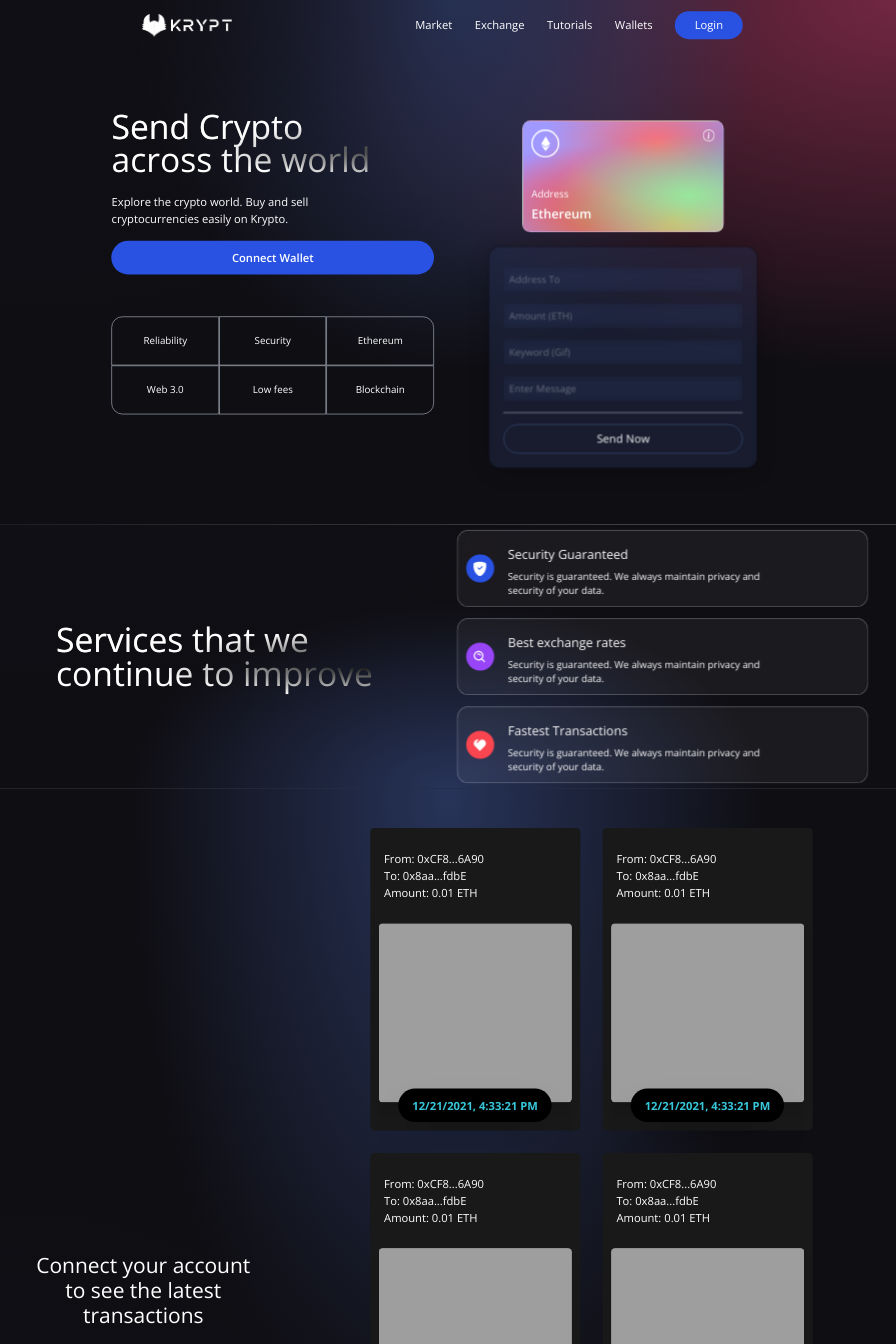
Repository: didierganthier/web3.0
Page: / (app in client/)
These files come from the project's save history. The page is drawn as it stood at one moment and after the next save; the edit follows.
The browser window is 1280 px wide. The pictures show the part of the page from y = 0 to 1920 px (the page is 2772 px tall before and 720 px after), at 70% of full size.
Pictures or frames that could not be fetched are drawn as grey boxes. The project was rebuilt for these pictures with package versions that can differ from the ones it lists, and the page was loaded fresh each time. Also part of the build but not shown: client/vite.config.js, client/src/components/Loader.jsx.

Above is the page before, as saved 2022-04-07 12:25:41.

After the next save:
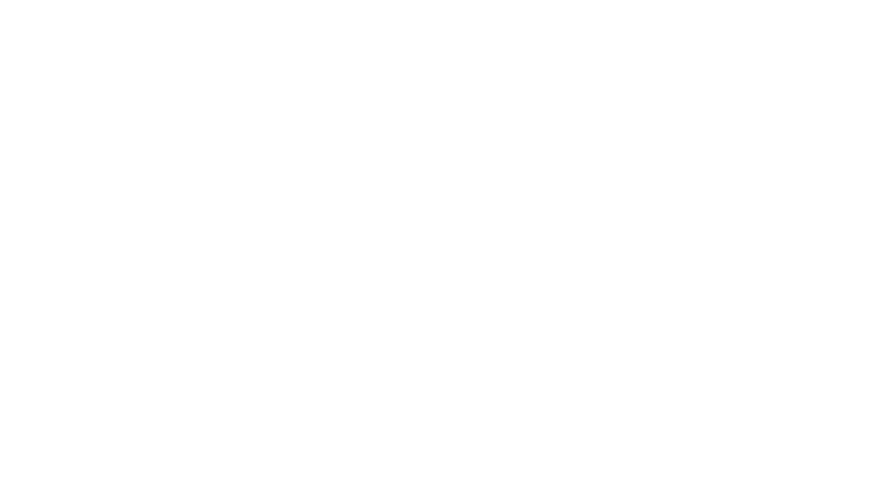
Console error: TypeError: transactions is not iterable
Saved 11 s later.
--- a/client/src/components/Transactions.jsx
+++ b/client/src/components/Transactions.jsx
@@ -1,70 +1,76 @@
-import React, { useContext } from 'react';
+import React, { useContext } from "react";
 
 import { TransactionContext } from "../context/TransactionContext";
-import useFetch from '../hooks/useFetch';
 
-import dummyData from '../utils/dummyData';
+import useFetch from "../hooks/useFetch";
+import dummyData from "../utils/dummyData";
+import { shortenAddress } from "../utils/shortenAddress";
 
-import { shortenAddress } from '../utils/shortenAddress';
-
-const TransactionCard = ({ addressTo, addressFrom, timestamp, message, keyword, amount, url }) => {
+const TransactionsCard = ({ addressTo, addressFrom, timestamp, message, keyword, amount, url }) => {
   const gifUrl = useFetch({ keyword });
 
   return (
     <div className="bg-[#181918] m-4 flex flex-1
-    2xl:min-w[450px]
-    2xl:max-w-[500px]
-    sm:min-w-[270px]
-    sm:max-w-[300px]
-    flex-col p-3 rounded-md hover:shadow-2xl">
-      <div className='flex flex-col items-center w-full mt-3'>
-        <div className='w-full mb-6 p-2'>
-          <a href={`https://ropsten.etherscan.io/address/${addressFrom}`} target='_blank' rel='noopener noreferrer'>
-            <p className='text-white text-base'>From: {shortenAddress(addressFrom)}</p>
+      2xl:min-w-[450px]
+      2xl:max-w-[500px]
+      sm:min-w-[270px]
+      sm:max-w-[300px]
+      min-w-full
+      flex-col p-3 rounded-md hover:shadow-2xl"
+    >
+      <div className="flex flex-col items-center w-full mt-3">
+        <div className="display-flex justify-start w-full mb-6 p-2">
+          <a href={`https://ropsten.etherscan.io/address/${addressFrom}`} target="_blank" rel="noreferrer">
+            <p className="text-white text-base">From: {shortenAddress(addressFrom)}</p>
           </a>
-          <a href={`https://ropsten.etherscan.io/address/${addressTo}`} target='_blank' rel='noopener noreferrer'>
-            <p className='text-white text-base'>To: {shortenAddress(addressTo)}</p>
+          <a href={`https://ropsten.etherscan.io/address/${addressTo}`} target="_blank" rel="noreferrer">
+            <p className="text-white text-base">To: {shortenAddress(addressTo)}</p>
           </a>
-          <p className='text-white text-base'>Amount: {amount} ETH</p>
+          <p className="text-white text-base">Amount: {amount} ETH</p>
           {message && (
             <>
               <br />
-              <p className='text-white text-base'>Message: {message}</p>
+              <p className="text-white text-base">Message: {message}</p>
             </>
           )}
         </div>
         <img
           src={gifUrl || url}
-          alt='gif'
-          className='w-full h-64 2xl:h-96 rounded-md shadow-lg object-cover'
+          alt="nature"
+          className="w-full h-64 2xl:h-96 rounded-md shadow-lg object-cover"
         />
-        <div className='bg-black p-3 px-5 w-max rounded-3xl -mt-5 shadow-2xl'>
-          <p className='text-[#37c7da] font-bold'>{timestamp}</p>
+        <div className="bg-black p-3 px-5 w-max rounded-3xl -mt-5 shadow-2xl">
+          <p className="text-[#37c7da] font-bold">{timestamp}</p>
         </div>
       </div>
     </div>
   );
-}
+};
 
 const Transactions = () => {
-  const { connectedAccount } = useContext(TransactionContext);
+  const { transactions, currentAccount } = useContext(TransactionContext);
 
   return (
-    <div className='flex w-full justify-center items-center 2xl:px-20 gradient-bg-transactions'>
-      <div className='flex flex-col md:p-12 py-12 px-4'>
-        {connectedAccount ? (
-          <h3 className='text-white text-3xl text-center my-2'>Latest Transactions</h3>
+    <div className="flex w-full justify-center items-center 2xl:px-20 gradient-bg-transactions">
+      <div className="flex flex-col md:p-12 py-12 px-4">
+        {currentAccount ? (
+          <h3 className="text-white text-3xl text-center my-2">
+            Latest Transactions
+          </h3>
         ) : (
-          <h3 className='text-white text-3xl text-center my-2'>Connect your account to see the latest transactions</h3>
+          <h3 className="text-white text-3xl text-center my-2">
+            Connect your account to see the latest transactions
+          </h3>
         )}
-      </div>
-      <div className='flex flex-wrap justify-center items-center mt-10'>
-        {dummyData.reverse().map((transaction, index) => (
-          <TransactionCard key={index} {...transaction} />
-        ))}
+
+        <div className="flex flex-wrap justify-center items-center mt-10">
+          {[...dummyData, ...transactions].reverse().map((transaction, i) => (
+            <TransactionsCard key={i} {...transaction} />
+          ))}
+        </div>
       </div>
     </div>
-  )
-}
+  );
+};
 
-export default Transactions
+export default Transactions;

After the save that followed:
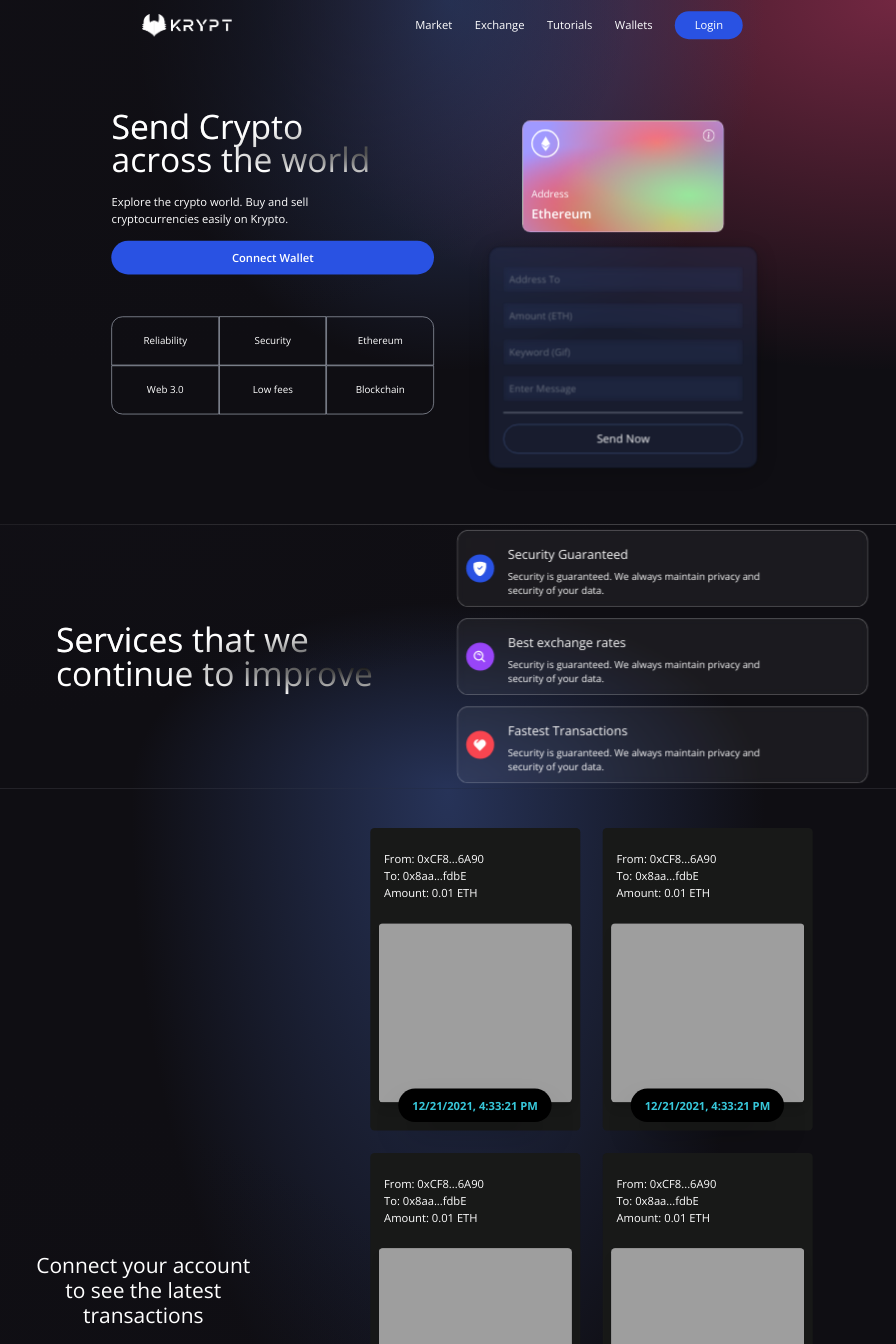
The error is gone.
Saved 65 s later.
--- a/client/src/components/Transactions.jsx
+++ b/client/src/components/Transactions.jsx
@@ -1,76 +1,70 @@
-import React, { useContext } from "react";
+import React, { useContext } from 'react';
 
 import { TransactionContext } from "../context/TransactionContext";
+import useFetch from '../hooks/useFetch';
 
-import useFetch from "../hooks/useFetch";
-import dummyData from "../utils/dummyData";
-import { shortenAddress } from "../utils/shortenAddress";
+import dummyData from '../utils/dummyData';
 
-const TransactionsCard = ({ addressTo, addressFrom, timestamp, message, keyword, amount, url }) => {
+import { shortenAddress } from '../utils/shortenAddress';
+
+const TransactionCard = ({ addressTo, addressFrom, timestamp, message, keyword, amount, url }) => {
   const gifUrl = useFetch({ keyword });
 
   return (
     <div className="bg-[#181918] m-4 flex flex-1
-      2xl:min-w-[450px]
-      2xl:max-w-[500px]
-      sm:min-w-[270px]
-      sm:max-w-[300px]
-      min-w-full
-      flex-col p-3 rounded-md hover:shadow-2xl"
-    >
-      <div className="flex flex-col items-center w-full mt-3">
-        <div className="display-flex justify-start w-full mb-6 p-2">
-          <a href={`https://ropsten.etherscan.io/address/${addressFrom}`} target="_blank" rel="noreferrer">
-            <p className="text-white text-base">From: {shortenAddress(addressFrom)}</p>
+    2xl:min-w[450px]
+    2xl:max-w-[500px]
+    sm:min-w-[270px]
+    sm:max-w-[300px]
+    flex-col p-3 rounded-md hover:shadow-2xl">
+      <div className='flex flex-col items-center w-full mt-3'>
+        <div className='w-full mb-6 p-2'>
+          <a href={`https://ropsten.etherscan.io/address/${addressFrom}`} target='_blank' rel='noopener noreferrer'>
+            <p className='text-white text-base'>From: {shortenAddress(addressFrom)}</p>
           </a>
-          <a href={`https://ropsten.etherscan.io/address/${addressTo}`} target="_blank" rel="noreferrer">
-            <p className="text-white text-base">To: {shortenAddress(addressTo)}</p>
+          <a href={`https://ropsten.etherscan.io/address/${addressTo}`} target='_blank' rel='noopener noreferrer'>
+            <p className='text-white text-base'>To: {shortenAddress(addressTo)}</p>
           </a>
-          <p className="text-white text-base">Amount: {amount} ETH</p>
+          <p className='text-white text-base'>Amount: {amount} ETH</p>
           {message && (
             <>
               <br />
-              <p className="text-white text-base">Message: {message}</p>
+              <p className='text-white text-base'>Message: {message}</p>
             </>
           )}
         </div>
         <img
           src={gifUrl || url}
-          alt="nature"
-          className="w-full h-64 2xl:h-96 rounded-md shadow-lg object-cover"
+          alt='gif'
+          className='w-full h-64 2xl:h-96 rounded-md shadow-lg object-cover'
         />
-        <div className="bg-black p-3 px-5 w-max rounded-3xl -mt-5 shadow-2xl">
-          <p className="text-[#37c7da] font-bold">{timestamp}</p>
+        <div className='bg-black p-3 px-5 w-max rounded-3xl -mt-5 shadow-2xl'>
+          <p className='text-[#37c7da] font-bold'>{timestamp}</p>
         </div>
       </div>
     </div>
   );
-};
+}
 
 const Transactions = () => {
-  const { transactions, currentAccount } = useContext(TransactionContext);
+  const { connectedAccount } = useContext(TransactionContext);
 
   return (
-    <div className="flex w-full justify-center items-center 2xl:px-20 gradient-bg-transactions">
-      <div className="flex flex-col md:p-12 py-12 px-4">
-        {currentAccount ? (
-          <h3 className="text-white text-3xl text-center my-2">
-            Latest Transactions
-          </h3>
+    <div className='flex w-full justify-center items-center 2xl:px-20 gradient-bg-transactions'>
+      <div className='flex flex-col md:p-12 py-12 px-4'>
+        {connectedAccount ? (
+          <h3 className='text-white text-3xl text-center my-2'>Latest Transactions</h3>
         ) : (
-          <h3 className="text-white text-3xl text-center my-2">
-            Connect your account to see the latest transactions
-          </h3>
+          <h3 className='text-white text-3xl text-center my-2'>Connect your account to see the latest transactions</h3>
         )}
-
-        <div className="flex flex-wrap justify-center items-center mt-10">
-          {[...dummyData, ...transactions].reverse().map((transaction, i) => (
-            <TransactionsCard key={i} {...transaction} />
-          ))}
-        </div>
+      </div>
+      <div className='flex flex-wrap justify-center items-center mt-10'>
+        {dummyData.reverse().map((transaction, index) => (
+          <TransactionCard key={index} {...transaction} />
+        ))}
       </div>
     </div>
-  );
-};
+  )
+}
 
-export default Transactions;
+export default Transactions
